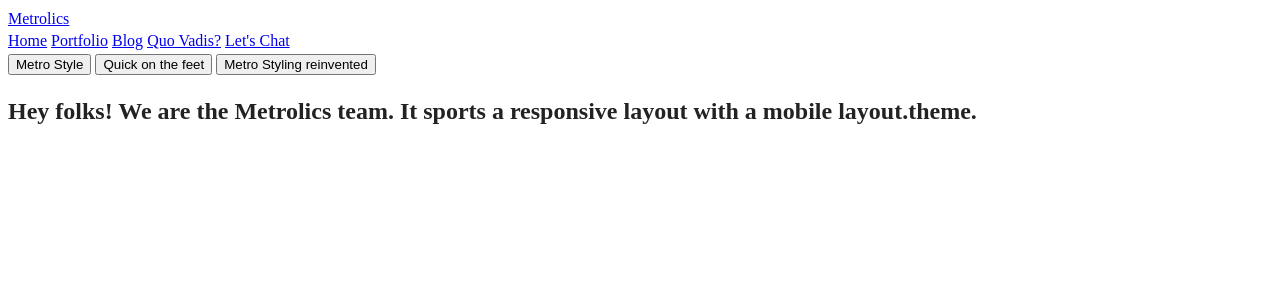
Repository: Angehyy/wk02_site
Page: index.html
The author's editor kept a copy of each file at every save. The page is drawn from the files as they stood at one save, then again after the next save.
The browser window is 1280 px wide. The pictures show the whole page.

Above is the page before, as saved 2025-01-19 19:19:58.

### index.html
<!doctype html>
<html class="no-js" lang="">

<head>
  <meta charset="utf-8">
  <meta name="viewport" content="width=device-width, initial-scale=1">
  <title>Metrolics</title>
  <link rel="stylesheet" href="css/style.css">
  <meta name="description" content="Learn about Metrolics">

  <meta property="og:title" content="">
  <meta property="og:type" content="">
  <meta property="og:url" content="">
  <meta property="og:image" content="">
  <meta property="og:image:alt" content="">

  <link rel="icon" href="/favicon.ico" sizes="any">
  <link rel="icon" href="/icon.svg" type="image/svg+xml">
  <link rel="apple-touch-icon" href="icon.png">

  <link rel="manifest" href="site.webmanifest">
  <meta name="theme-color" content="#fafafa">
</head>

<body>
  <header>
    <div>
      <a href="#default">Metrolics</a>
      <div>
        <a href="#home">Home</a>
        <a href="#portfolio">Portfolio</a>
        <a href="#blog">Blog</a>
        <a href="#quovadis">Quo Vadis?</a>
        <a href="chat">Let's Chat</a>
      </div>
    </div>
  </header>

  <main>
    <div>
      <button>Metro Style</button>
      <button>Quick on the feet</button>
      <button>Metro Styling reinvented</button>
      <img src="" alt="">
    </div>

    <h2>Hey folks! We are the Metrolics team. It sports a responsive layout with a mobile layout.theme.</h2>
  </main>

  <script src="js/app.js"></script>

</body>

</html>

### css/style.css
/*! HTML5 Boilerplate v9.0.1 | MIT License | https://html5boilerplate.com/ */

/* main.css 3.0.0 | MIT License | https://github.com/h5bp/main.css#readme */
/*
 * What follows is the result of much research on cross-browser styling.
 * Credit left inline and big thanks to Nicolas Gallagher, Jonathan Neal,
 * Kroc Camen, and the H5BP dev community and team.
 */

/* ==========================================================================
   Base styles: opinionated defaults
   ========================================================================== */

html {
  color: #222;
  font-size: 1em;
  line-height: 1.4;
}

/*
 * Remove text-shadow in selection highlight:
 * https://twitter.com/miketaylr/status/12228805301
 *
 * Customize the background color to match your design.
 */

::-moz-selection {
  background: #b3d4fc;
  text-shadow: none;
}

::selection {
  background: #b3d4fc;
  text-shadow: none;
}

/*
 * A better looking default horizontal rule
 */

hr {
  display: block;
  height: 1px;
  border: 0;
  border-top: 1px solid #ccc;
  margin: 1em 0;
  padding: 0;
}

/*
 * Remove the gap between audio, canvas, iframes,
 * images, videos and the bottom of their containers:
 * https://github.com/h5bp/html5-boilerplate/issues/440
 */

audio,
canvas,
iframe,
img,
svg,
video {
  vertical-align: middle;
}

/*
 * Remove default fieldset styles.
 */

fieldset {
  border: 0;
  margin: 0;
  padding: 0;
}

/*
 * Allow only vertical resizing of textareas.
 */

textarea {
  resize: vertical;
}

/* ==========================================================================
   Author's custom styles
   ========================================================================== */

/* ==========================================================================
   Helper classes
   ========================================================================== */

/*
 * Hide visually and from screen readers
 */

.hidden,
[hidden] {
  display: none !important;
}

/*
 * Hide only visually, but have it available for screen readers:
 * https://snook.ca/archives/html_and_css/hiding-content-for-accessibility
 *
 * 1. For long content, line feeds are not interpreted as spaces and small width
 *    causes content to wrap 1 word per line:
 *    https://medium.com/@jessebeach/beware-smushed-off-screen-accessible-text-5952a4c2cbfe
 */

.visually-hidden {
  border: 0;
  clip: rect(0, 0, 0, 0);
  height: 1px;
  margin: -1px;
  overflow: hidden;
  padding: 0;
  position: absolute;
  white-space: nowrap;
  width: 1px;
  /* 1 */
}

/*
 * Extends the .visually-hidden class to allow the element
 * to be focusable when navigated to via the keyboard:
 * https://www.drupal.org/node/897638
 */

.visually-hidden.focusable:active,
.visually-hidden.focusable:focus {
  clip: auto;
  height: auto;
  margin: 0;
  overflow: visible;
  position: static;
  white-space: inherit;
  width: auto;
}

/*
 * Hide visually and from screen readers, but maintain layout
 */

.invisible {
  visibility: hidden;
}

/*
 * Clearfix: contain floats
 *
 * The use of `table` rather than `block` is only necessary if using
 * `::before` to contain the top-margins of child elements.
 */

.clearfix::before,
.clearfix::after {
  content: "";
  display: table;
}

.clearfix::after {
  clear: both;
}

/* ==========================================================================
   EXAMPLE Media Queries for Responsive Design.
   These examples override the primary ('mobile first') styles.
   Modify as content requires.
   ========================================================================== */

@media only screen and (min-width: 35em) {
  /* Style adjustments for viewports that meet the condition */
}

@media print,
  (-webkit-min-device-pixel-ratio: 1.25),
  (min-resolution: 1.25dppx),
  (min-resolution: 120dpi) {
  /* Style adjustments for high resolution devices */
}

/* ==========================================================================
   Print styles.
   Inlined to avoid the additional HTTP request:
   https://www.phpied.com/delay-loading-your-print-css/
   ========================================================================== */

@media print {
  *,
  *::before,
  *::after {
    background: #fff !important;
    color: #000 !important;
    /* Black prints faster */
    box-shadow: none !important;
    text-shadow: none !important;
  }

  a,
  a:visited {
    text-decoration: underline;
  }

  a[href]::after {
    content: " (" attr(href) ")";
  }

  abbr[title]::after {
    content: " (" attr(title) ")";
  }

  /*
   * Don't show links that are fragment identifiers,
   * or use the `javascript:` pseudo protocol
   */
  a[href^="#"]::after,
  a[href^="javascript:"]::after {
    content: "";
  }

  pre {
    white-space: pre-wrap !important;
  }

  pre,
  blockquote {
    border: 1px solid #999;
    page-break-inside: avoid;
  }

  tr,
  img {
    page-break-inside: avoid;
  }

  p,
  h2,
  h3 {
    orphans: 3;
    widows: 3;
  }

  h2,
  h3 {
    page-break-after: avoid;
  }
}

Loaded but not shown: js/app.js (no stored copy; drawn as an empty file)

After the next save:
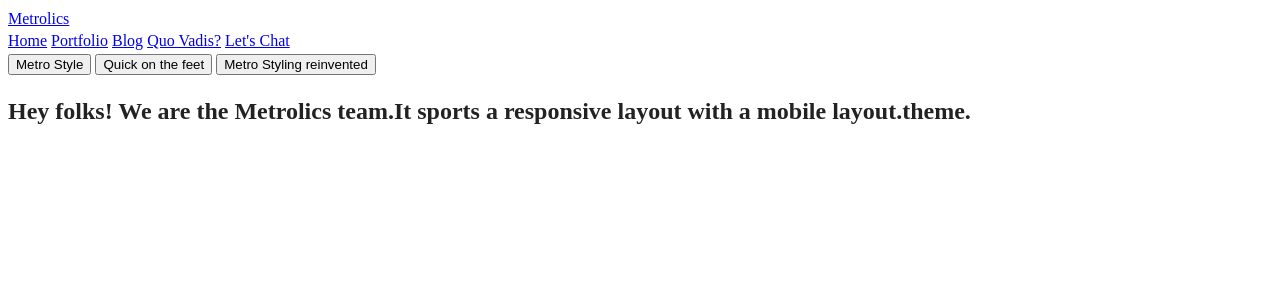
Saved 10 s later.
--- a/index.html
+++ b/index.html
@@ -44,7 +44,7 @@
       <img src="" alt="">
     </div>
 
-    <h2>Hey folks! We are the Metrolics team. It sports a responsive layout with a mobile layout.theme.</h2>
+    <h2>Hey folks! We are the Metrolics team.It sports a responsive layout with a mobile layout.theme.</h2>
   </main>
 
   <script src="js/app.js"></script>
